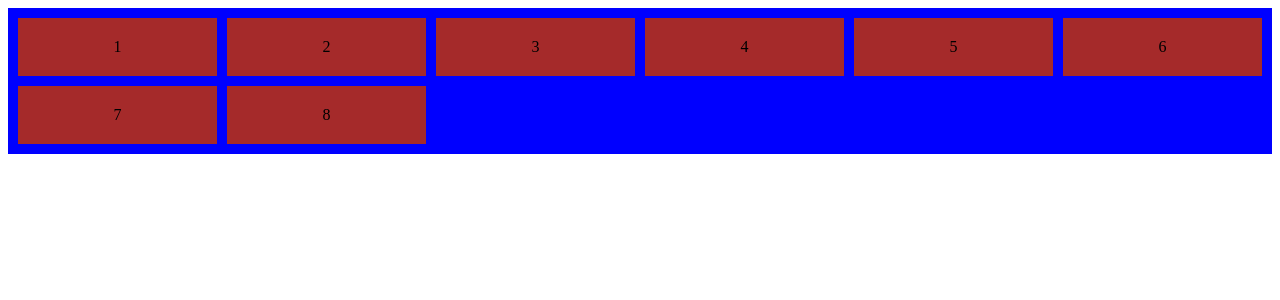
Repository: Thonghehe/Lab2_Web106
Page: Buoi2/index24.html
The author's editor kept a copy of each file at every save. The page is drawn from the files as they stood at one save, then again after the next save.
The browser window is 1280 px wide. The pictures show the whole page.

Above is the page before, as saved 2024-03-09 17:13:47.

After the next save:
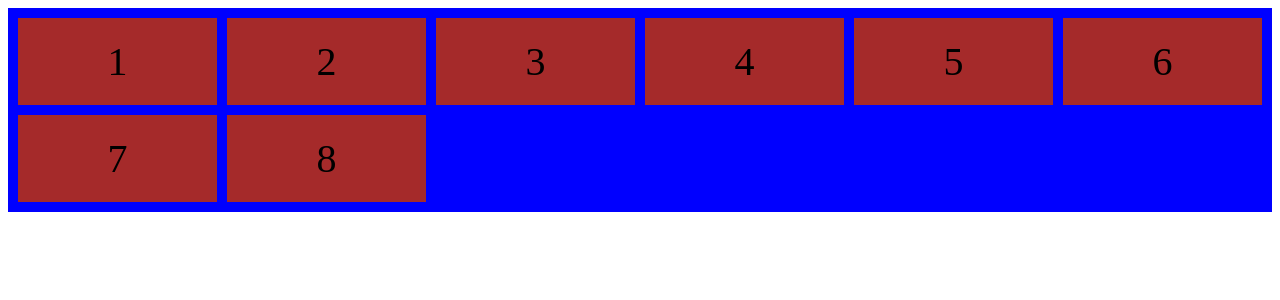
Saved 10 s later.
--- a/Buoi2/index24.html
+++ b/Buoi2/index24.html
@@ -18,6 +18,7 @@
             background-color: brown;
             text-align: center;
             padding: 20px;
+            font-size: 40px;
         }
 
         .item8 {}
